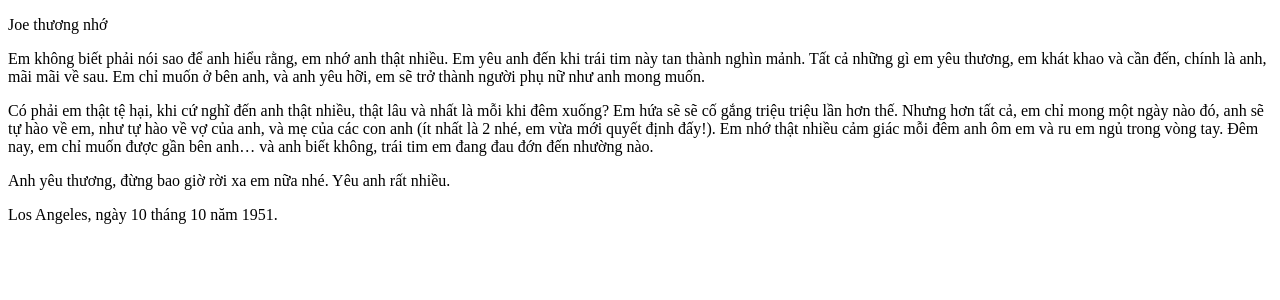
Repository: tungts3qb/BTCodeGym
Page: letter.html
An editor plug-in stored every save of this project. The page is shown before and after the next save, followed by the edit.
The browser window is 1280 px wide. The pictures show the whole page.

Above is the page before, as saved 2022-12-19 15:50:52.

### letter.html
<!DOCTYPE html>
<html lang="en">
<head>
    <meta charset="UTF-8">
    <meta http-equiv="X-UA-Compatible" content="IE=edge">
    <meta name="viewport" content="width=device-width, initial-scale=1.0">
    <title>[Bài tập] Chương trình in nội dung bức thư</title>
</head>
<body>

    <div style="width = 60%">
        <p>Joe thương nhớ</p>
        <p>
            Em không biết phải nói sao để anh hiểu rằng, em nhớ anh thật nhiều. Em yêu anh đến khi trái tim này tan thành nghìn
            mảnh. Tất cả những gì em yêu thương, em khát khao và cần đến, chính là anh, mãi mãi về sau. Em chỉ muốn ở bên anh, và
            anh yêu hỡi, em sẽ trở thành người phụ nữ như anh mong muốn.
        </p>
        <p>
            Có phải em thật tệ hại, khi cứ nghĩ đến anh thật nhiều, thật lâu và nhất là mỗi khi đêm xuống? Em hứa sẽ sẽ cố gắng
            triệu triệu lần hơn thế. Nhưng hơn tất cả, em chỉ mong một ngày nào đó, anh sẽ tự hào về em, như tự hào về vợ của anh,
            và mẹ của các con anh (ít nhất là 2 nhé, em vừa mới quyết định đấy!). Em nhớ thật nhiều cảm giác mỗi đêm anh ôm em và ru
            em ngủ trong vòng tay. Đêm nay, em chỉ muốn được gần bên anh… và anh biết không, trái tim em đang đau đớn đến nhường
            nào.
        </p>
        <p>
            Anh yêu thương, đừng bao giờ rời xa em nữa nhé. Yêu anh rất nhiều.
        </p>
        <p>
            Los Angeles, ngày 10 tháng 10 năm 1951.
        </p>
    </div>
</body>
</html>

After the next save:
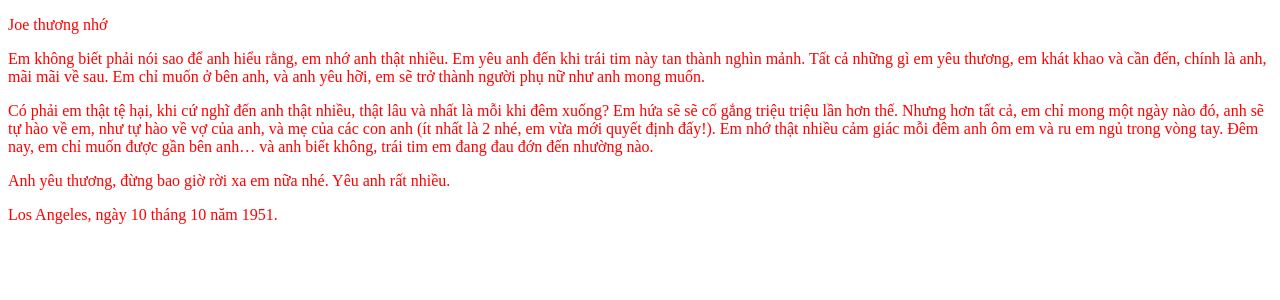
Saved 26 s later.
--- a/letter.html
+++ b/letter.html
@@ -8,7 +8,7 @@
 </head>
 <body>
 
-    <div style="width = 60%">
+    <div style="color:red">
         <p>Joe thương nhớ</p>
         <p>
             Em không biết phải nói sao để anh hiểu rằng, em nhớ anh thật nhiều. Em yêu anh đến khi trái tim này tan thành nghìn

After the save that followed:
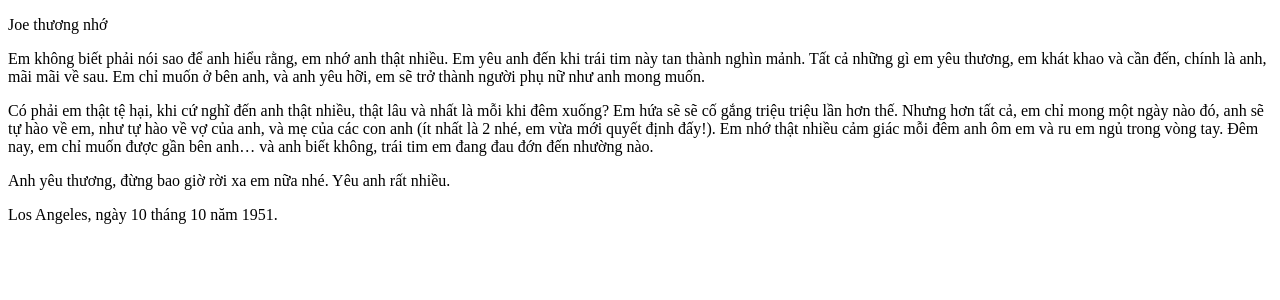
Saved 56 s later.
--- a/letter.html
+++ b/letter.html
@@ -8,7 +8,7 @@
 </head>
 <body>
 
-    <div style="color:red">
+    <div width = "80%">
         <p>Joe thương nhớ</p>
         <p>
             Em không biết phải nói sao để anh hiểu rằng, em nhớ anh thật nhiều. Em yêu anh đến khi trái tim này tan thành nghìn
